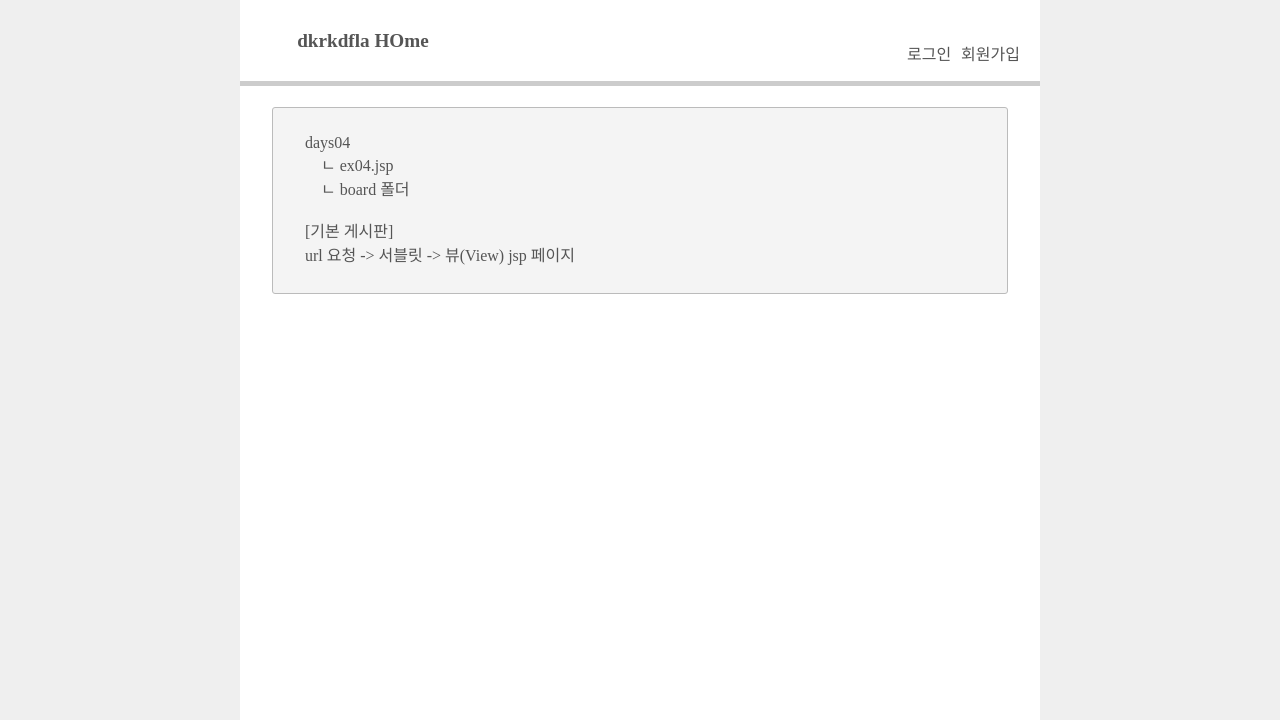
Repository: Dusajang/JSPClass
Page: http://localhost/jspPro/days04/ex04.jsp
The author's editor kept a copy of each file at every save. The page is drawn from the files as they stood at one save, then again after the next save.
The browser window is 1280 px wide. The pictures show the whole page.
Some web fonts or font styles are not loaded; a fallback is used. The page is served by Tomcat 9. Other server files are loaded and not shown.

Above is the page before, as saved 2024-10-18 06:39:49.

### jspPro/src/main/webapp/days04/ex04.jsp
<%@ page contentType="text/html; charset=UTF-8" pageEncoding="UTF-8"%>
<%@ taglib prefix="c" uri="http://java.sun.com/jsp/jstl/core" %>
<!DOCTYPE html>
<html>
<head>
<meta charset="UTF-8">
<title>Insert title here</title>
<link rel="shortcut icon" type="image/x-icon" href="http://localhost/jspPro/images/SiSt.ico">
<script src="https://ajax.googleapis.com/ajax/libs/jquery/3.7.1/jquery.min.js"></script>
<meta name="viewport" content="width=device-width, initial-scale=1.0">
<meta name="google" content="notranslate">
<link rel="stylesheet" href="http://localhost/jspPro/resources/cdn-main/example.css">
<script src="http://localhost/jspPro/resources/cdn-main/example.js"></script>
<style>
 span.material-symbols-outlined{
    vertical-align: text-bottom;
 }
</style>
</head>
<body>
<header>
  <h1 class="main"><a href="#" style="position: absolute;top:30px;">dkrkdfla HOme</a></h1>
  <ul>
    <li><a href="#">로그인</a></li>
    <li><a href="#">회원가입</a></li>
  </ul>
</header>
<div>
  <xmp class="code">
    days04
    	ㄴ ex04.jsp
    	ㄴ board 폴더

    [기본 게시판]
    url 요청 -> 서블릿 -> 뷰(View) jsp 페이지
  </xmp>
</div>
</body>
</html>

### jspPro/src/main/webapp/resources/cdn-main/example.css
@charset "UTF-8";

@import url('https://fonts.googleapis.com/css2?family=Material+Symbols+Outlined:opsz,wght,FILL,GRAD@20..48,100..700,0..1,-50..200');

@font-face {
    font-family: 'GmarketSansMedium';
    src: url('https://cdn.jsdelivr.net/gh/projectnoonnu/noonfonts_2001@1.1/GmarketSansMedium.woff') format('woff');
    font-weight: normal;
    font-style: normal;
}

:root {
	--text-color: #555;
	--sub-text-color: #777;
	--back-color: #EFEFEF;
	--header-color: #444;
	--primary-color: #DEDEDE;
	--secondary-color: #EFEFEF;
	--default-width: 800px;
	--narrow-width: 500px;
	--wide-width: 1200px;
	--text-font: 'GmarketSansMedium';
	--icon-font: 'Material Symbols Outlined';
	--border-color: #CCC;
}

html, body {
	margin: 0;
	padding: 0;
}

html {
	background-color: var(--back-color);
	display: flex;
	justify-content: center;
	min-height: 100vh;
}

body, body.default {
	width: var(--default-width);
	background-color: white;
	padding-bottom: 120px;
}

body.wide {
	width: var(--wide-width);
}

body.narrow {
	width: var(--narrow-width);
}



body, p, div, span, a, input, select, option, textarea, button, table, th, td, label, fieldset, legend {
	font-family: var(--text-font);
	color: var(--text-color);
}

h1, h2, h3 {
	font-family: var(--text-font);
	color: var(--header-color);
	padding: 0 1rem;
	padding-top: .5rem;
}

div > h1, div > h2, div > h3 {
	padding: 0;
}

body > div, body > main > div {
	padding: 0.3rem 1rem;
}


h1 { font-size: 2rem; border-bottom: 1px solid var(--border-color); }
h1 small { font-size: 1.2rem; color: var(--sub-text-color); }
h2 { font-size: 1.5rem; border-bottom: 1px dashed var(--border-color); }
h2 small { font-size: 1.1rem; color: --sub-text-color; }
h3 { font-size: 1.2rem; }
h3 small { font-size: 1rem; color: --sub-text-color; }



h1.main::before {
	font-family: var(--icon-font);
  	content: '\e666';
  	margin-right: 10px;
  	float: left;
	font-size: 2.5rem;
}

h1.sub::before {
	font-family: var(--icon-font);
  	content: '\ea19';
  	margin-right: 10px;
  	float: left;
	font-size: 2.5rem;
}


h1.page::before {
	font-family: var(--icon-font);
  	content: '\e0e0';
  	margin-right: 10px;
  	float: left;
	font-size: 2.5rem;
}

body > header > ul > li > .active{
	background-color: #FFF;
	color:#F00;
}

body > header {
	display: flex;
	justify-content: space-between;
	border-bottom: 5px solid var(--border-color);
	min-height: 74px;
	background-color: #FFF;
}

body > header.sticky {
	position: sticky;
	top: 0;
	z-index: 98;
}

body > header > h1 {
	font-size: 1.2rem;
	border: 0;
}

body > header.in > h1::before {
	font-family: var(--icon-font);
  	content: '\e332‥';
  	margin-right: 3px;
  	float: left;
	font-size: 2rem;
}


body > header > ul {
	list-style-type: none;
	display: flex;
	align-items: flex-end;
	margin-right: 10px;
}

body > header > ul > li {
	margin-right: 10px;
	cursor: pointer;
}

body > header > ul > li > a {
	cursor: pointer;
}


form {
	display: block;
}

form > div {
	padding: 0.3rem 1rem;
}

div > form > div {
	padding: 0.3rem 0;
}

input, textarea, button, select {
	border: 1px solid #BBB;
	border-radius: 3px;
	outline: none;
	resize: none;
	padding: 7px;
	margin: 0;
}

input[type=text]:read-only, textarea:read-only {
	cursor: not-allowed;
	background-color: #FFF;
}

input[type=text]:disabled, textarea:disabled {
	cursor: not-allowed;
	background-color: #EEE;
}

input[type=text], input[type=password], textarea, button, select {
	/* width: 300px; */
}

textarea {
	display: block;
	height: 100px;
}

input[type=button], input[type=submit], button {
	/* width: inherit; */
}

input.short, textarea.short, button.short, select.short {
	width: 100px;
}

input.long, textarea.long, button.long, select.long {
	width: 350px;
}

.narrow input.long, .narrow textarea.long, .narrow button.long, .narrow select.long {
	width: calc(100% - 20px);
}

input.full, textarea.full, button.full, select.full {
	width: calc(100% - 20px);
}

textarea.short {
	height: 50px;
}

textarea.long {
	height: 100px;
}

textarea.full {
	height: 200px;
}

input, textarea {
	padding-top: 8px;
}

input[type=button], input[type=submit], button {
	padding: 5px 10px;
	background-color: var(--secondary-color);
	cursor: pointer;
	min-height: 36px;
}

input[type=button].primary, input[type=submit].primary, button.primary {
	/* background-color: rgba(100, 149, 237, .2); */
	background-color: var(--primary-color);
}

input[type=button].primary:hover, input[type=submit].primary:hover, button.primary:hover {
	/* background-color: rgba(100, 149, 237, .3); */
	background-color: var(--secondary-color);
}

input[type=button]:hover, input[type=submit]:hover, button:hover {
	background-color: var(--primary-color);
}

button {
	position: relative;
	left: 0;
	top: 0;
	padding-left: 35px;
}

button .material-symbols-outlined {
	position: absolute;
	left: 10px;
	top: 4px;
}

/* k2nik add */
button.login::before {
	font-family: var(--icon-font);
  	content: '\ea77';
	position: absolute;
	left: 11px;
	top: 4px;
	font-size: 1.25rem;
}

/* k2nik logout */
button.logout::before {
	font-family: var(--icon-font);
  	content: '\e9ba';
	position: absolute;
	left: 11px;
	top: 4px;
	font-size: 1.25rem;
}

/* k2nik help */
button.help::before {
	font-family: var(--icon-font);
  	content: '\f1c0';
	position: absolute;
	left: 11px;
	top: 4px;
	font-size: 1.25rem;
}

button.add::before{
	font-family: var(--icon-font);
  	content: '\e746';
	position: absolute;
	left: 11px;
	top: 4px;
	font-size: 1.25rem;
}

button.back::before {
	font-family: var(--icon-font);
  	content: '\e166';
	position: absolute;
	left: 11px;
	top: 4px;
	font-size: 1.25rem;
}

button.list::before {
	font-family: var(--icon-font);
  	content: '\e0ee';
	position: absolute;
	left: 11px;
	top: 4px;
	font-size: 1.25rem;
}


button.del::before {
	font-family: var(--icon-font);
  	content: '\e872';
	position: absolute;
	left: 11px;
	top: 4px;
	font-size: 1.25rem;
}


button.edit::before {
	font-family: var(--icon-font);
  	content: '\e745';
	position: absolute;
	left: 11px;
	top: 4px;
	font-size: 1.25rem;
}


button.login::before {
	font-family: var(--icon-font);
  	content: '\ea77';
	position: absolute;
	left: 11px;
	top: 4px;
	font-size: 1.25rem;
}


button.logout::before {
	font-family: var(--icon-font);
  	content: '\e9ba';
	position: absolute;
	left: 11px;
	top: 4px;
	font-size: 1.25rem;
}


button.in::before {
	font-family: var(--icon-font);
  	content: '\f71a';
	position: absolute;
	left: 11px;
	top: 4px;
	font-size: 1.25rem;
}


button.out::before {
	font-family: var(--icon-font);
  	content: '\f70e';
	position: absolute;
	left: 11px;
	top: 4px;
	font-size: 1.25rem;
}


button.reply::before {
	font-family: var(--icon-font);
  	content: '\e15e';
	position: absolute;
	left: 11px;
	top: 4px;
	font-size: 1.25rem;
}


button.comment::before {
	font-family: var(--icon-font);
  	content: '\e0b9';
	position: absolute;
	left: 11px;
	top: 4px;
	font-size: 1.25rem;
}


button.modal::before {
	font-family: var(--icon-font);
  	content: '\e89e';
	position: absolute;
	left: 11px;
	top: 4px;
	font-size: 1.25rem;
}


button.ok::before {
	font-family: var(--icon-font);
  	content: '\e86c';
	position: absolute;
	left: 11px;
	top: 4px;
	font-size: 1.25rem;
}


button.cancel::before {
	font-family: var(--icon-font);
  	content: '\e5c9';
	position: absolute;
	left: 11px;
	top: 4px;
	font-size: 1.25rem;
}

button.search::before {
	font-family: var(--icon-font);
  	content: '\e8b6';
	position: absolute;
	left: 11px;
	top: 4px;
	font-size: 1.25rem;
}

button.home::before {
	font-family: var(--icon-font);
  	content: '\e88a';
	position: absolute;
	left: 11px;
	top: 4px;
	font-size: 1.25rem;
}


button.sidebar::before {
	font-family: var(--icon-font);
  	content: '\f7e4';
	position: absolute;
	left: 11px;
	top: 4px;
	font-size: 1.25rem;
}


button.sidebar-right::before {
	font-family: var(--icon-font);
  	content: '\f7e5';
	position: absolute;
	left: 11px;
	top: 4px;
	font-size: 1.25rem;
}




button::before {
	font-family: var(--icon-font);
  	content: '\e323';
	position: absolute;
	left: 11px;
	top: 4px;
	font-size: 1.25rem;
}


table {
	border-collapse: collapse;
	margin: 1rem;
	box-sizing: border-box;
	width: calc(100% - 32px);
}

table.content {
	width: auto;
}

div > table {
	margin: 0;
}

table th, table td {
	border: 1px solid var(--border-color);
	padding: 7px;
	font-weight: normal;
}

table th {
	background-color: var(--back-color);
}

table.vertical th {
	width: 150px;
}

table.vertical td {
	width: calc(100% - 182px);
	padding-left: 10px;
}

table.content td, table.content th {
	width: auto;
}

body.narrow table.vertical th {
	width: 100px;
}

body.narrow table.vertical td {
	width: calc(100% - 182px);
}


table + table {
	margin-top: 30px;
}


p {
	padding: 0 1rem;
}

a {
	text-decoration: none;
}

a:hover {
	color: rgba(255, 99, 71, .7);
}

hr {
	border: 0;
	border-top: 1px solid var(--border-color);
	margin: 2rem 0;
}

.message {
	border: 1px solid var(--border-color);
	background-color: #EFEFEF;
	margin: 1rem;
	width: auto;
	padding-top: 10px;
	padding-bottom: 10px;
	font-size: 14px;
}

.message[title]::before {
	content: attr(title);
	display: block;
	border-bottom: 1px solid var(--border-color);
	padding-bottom: 5px;
	margin-bottom: 10px;
	margin-top: 7px;
}

.message.short {
	max-width: 250px;
}

.message.long {
	max-width: 500px;
}

.badge {
	float: right;
	font-size: .8rem;
	margin-top: 2px;
	margin-right: 2px;
	text-shadow: 0 0 7px gray;
}

.badge.left {
	float: none;
	margin-left: 2px;
}

.badge.right {
	float: right;
}

.badge.red {
	border-radius: 50%;
	padding: 2px 5px;
	background-color: rgb(255, 99, 71, .3);
}

.badge.yellow {

	border-radius: 50%;
	padding: 2px 5px;
	background-color: rgb(255, 215, 0, .5);
}

.badge.blue {
	border-radius: 50%;
	padding: 2px 5px;
	background-color: rgb(100, 149, 237, .3);
}

label + label {
	margin-left: 7px;
}

label input[type=checkbox], label input[type=radio] {
	transform: translate(0, 1px);
}

.group {
	display: flex;
}

.modal-content .group {
	margin-bottom: .5rem;
}

.group label {
	border: 1px solid #BBB;
	border-radius: 3px;
	outline: none;
	resize: none;
	padding: 7px 14px;
	margin: 0;
	border-top-right-radius: 0;
	border-bottom-right-radius: 0;
	background-color: #EFEFEF;
	white-space: nowrap;
	font-size: 14px;
}

.group input[type=text] {
	margin-left: -1px;
	border-top-left-radius: 0;
	border-bottom-left-radius: 0;
}

.group select {
	margin-left: -1px;
	border-top-left-radius: 0;
	border-bottom-left-radius: 0;
}

.group input.full[type=text] {
	margin-left: -1px;
	border-top-left-radius: 0;
	border-bottom-left-radius: 0;
	width: 100%;
}

.group input[type=button]:first-child, .group button:first-child {
	border-top-left-radius: 3px;
	border-bottom-left-radius: 3px;
	margin-left: 0px;
}

.group input[type=button], .group button {
	border-radius: 0;
	margin-left: -1px;
}

.group input[type=button]:last-child, .group button:last-child {
	margin-left: -1px;
	border-top-right-radius: 3px;
	border-bottom-right-radius: 3px;
}

.seperate {
	display: flex;
	justify-content: space-between;
}

div.list {
	width: max-content;
	margin: 1rem;
	border: 1px solid #BBB;
	border-radius: 3px;
	padding: 0;
}

div.list.full {
	width: auto;
	display: block;
	margin: 1rem;
	border: 1px solid #BBB;
	border-radius: 3px;
	padding: 0;
}

div.list > div {
	padding: .5rem 1rem;
	margin: 0;
	border-bottom: 1px solid #BBB;
}

div.list > div:last-child {
	border-bottom: 0;
}

pre.code , xmp.code{
	font-family: consols;
	background-color: rgba(150, 150, 150, .1);
	border: 1px solid #BBB;
	border-radius: 3px;
	padding: .5rem 1rem;
	padding-bottom: .6rem;
	margin: 1rem;
}




*[data-modal-window] {
	position: fixed;
	background-color: rgba(0, 0, 0, .3);
	left: 0;
	top: 0;
	display: none;
	justify-content: center;
	align-items: flex-start;
	width: 100%;
	min-height: 100vh;
	z-index: 100;
	opacity: 0;
	transition: 500ms all;
}

*[data-modal-window] .modal-container {
	border-radius: 5px;
	padding: 1rem;
	padding-bottom: .5rem;
	margin-top: -500px;
	opacity: 0;
	width: 500px;
	background-color: #FFF;
	margin-right: 2rem;
	transition: 500ms all;
}

*[data-modal-size=content] .modal-container {
	width: auto;
}

*[data-modal-size=narrow] .modal-container {
	width: 300px;
}

*[data-modal-size=wide] .modal-container {
	width: 760px;
}


*[data-modal-window] .modal-header {
	border-bottom: 1px solid var(--border-color);
	padding: 2px 5px;
}

*[data-modal-window] .modal-content {
	padding: 1rem 5px;
}

*[data-modal-window] .modal-content div:last-child {
	margin-top: 1rem;
	text-align: right;
}



*[data-sidebar-window] {
	position: fixed;
	background-color: #FFF;
	left: 0;
	top: 0;
	display: block;
	width: 300px;
	border-right: 1px solid var(--border-color);
	box-sizing: border-box;
	box-shadow: 0 0 3px var(--back-color);
	min-height: 100vh;
	z-index: 99;
	transform: translate(-300px, 0);
	transition-duration: 500ms;
	transition-property: transform;
}

*[data-sidebar-direction=right] {
	left: auto;
	right: 0;
	transform: translate(300px, 0);
	border-left: 1px solid var(--border-color);
}

*[data-sidebar-size=wide] {
	width: 500px;
	transform: translate(-500px, 0);
}

*[data-sidebar-window] .sidebar-title {
	border-bottom: 1px solid var(--border-color);
	margin-top: 20px;
	margin-bottom: 20px;
	padding-bottom: 5px;
	display: flex;
	justify-content: space-between;
}

*[data-sidebar-window] .sidebar-title span:last-child {
	cursor: pointer;
}


/* K2Nik pagination */
.center {
  text-align: center;
}

.pagination {
  display: inline-block;
}

.pagination a {
  color: black;
  float: left;
  padding: 3px 6px;
  text-decoration: none;
  transition: background-color .3s;
  border: 1px solid #ddd;
  margin: 0 3px;
}

.pagination a.active {
  background-color: #4CAF50;
  color: white;
  border: 1px solid #4CAF50;
}

.pagination a:hover:not(.active) {background-color: #ddd;}

### jspPro/src/main/webapp/resources/cdn-main/example.js

window.onload = () => {

    const list = document.querySelectorAll('input, textarea');

    list.forEach(item => {
        item.setAttribute('autocomplete', 'off');
    });


    const modal_btn_list = document.querySelectorAll('*[data-modal-button]');

    modal_btn_list.forEach(item => {
        item.onclick = function() {

            const name = this.dataset['modalButton'];
            const modal_window = document.querySelector('*[data-modal-window=' + name);

            const container = document.createElement('div');
            container.className = 'modal-container';



            const modal_header = document.createElement('div');
            modal_header.textContent = modal_window.dataset['modalTitle'];
            modal_header.className = 'modal-header';
            container.appendChild(modal_header);

            const modal_content = document.createElement('div');
            modal_content.className = 'modal-content';
            container.appendChild(modal_content);

            Array.from(modal_window.childNodes).forEach(item => {
                modal_content.appendChild(item);
            });

            modal_window.appendChild(container);

            modal_window.style.display = 'flex';

            setTimeout(() => {
                modal_window.style.opacity = 1;
                container.style.marginTop = '20px';
                container.style.opacity = 1;
            }, 50);


            const modal_ok = document.querySelector('*[data-modal-ok=' + name);
            modal_ok.addEventListener('click', function() {
                modal_window.style.opacity = 0;
                container.style.marginTop = '-500px';
                container.style.opacity = 0;

                setTimeout(() => {
                    modal_window.innerHTML = modal_content.innerHTML;
                    modal_window.style.display = 'none';
                }, 500);

            });

            const modal_cancel = document.querySelector('*[data-modal-cancel=' + name);
            modal_cancel.addEventListener('click', function() {

                modal_window.style.opacity = 0;
                container.style.marginTop = '-500px';
                container.style.opacity = 0;

                setTimeout(() => {
                    modal_window.innerHTML = modal_content.innerHTML;
                    modal_window.style.display = 'none';
                }, 500);
            });


        };
    });


    const sidebar_btn_list = document.querySelectorAll('*[data-sidebar-button]');

    sidebar_btn_list.forEach(item => {
        item.onclick = function() {



            const name = this.dataset['sidebarButton'];
            const sidebar_window = document.querySelector('*[data-sidebar-window=' + name);

            if (sidebar_window.style.transform == 'translate(0px, 0px)') return;



            sidebar_window.style.transform = 'translate(0, 0)';

            const sidebar_title = document.createElement('div');
            sidebar_title.className = 'sidebar-title';
            sidebar_title.innerHTML = '<span>' + sidebar_window.dataset['sidebarTitle'] + '</span><span class="material-symbols-outlined">close</span>';

            sidebar_title.children[1].onclick = function() {

                let sign = 1;
                let distance = 300;

                if (sidebar_window.dataset['sidebarDirection'] != 'right') {
                    sign = -1;
                } else {
                    sign = 1;
                }

                if (sidebar_window.dataset['sidebarSize'] != 'wide') {
                    distance = 300;
                } else {
                    distance = 500;
                }

                distance *= sign;

                sidebar_window.style.transform = 'translate(' + distance + 'px, 0)';

                setTimeout(function() {
                    sidebar_window.removeChild(sidebar_window.children[0]);
                }, 500);
            };


            sidebar_window.prepend(sidebar_title);

        }
    });

};

// window.onkeydown = function(event) {

//     if (event.keyCode == 27) {
//         if (document.querySelector('[data-modal-window').style.display == 'flex') {
//             document.querySelector('[data-modal-window').style.display = 'none';
//         }
//     }

// };

After the next save:
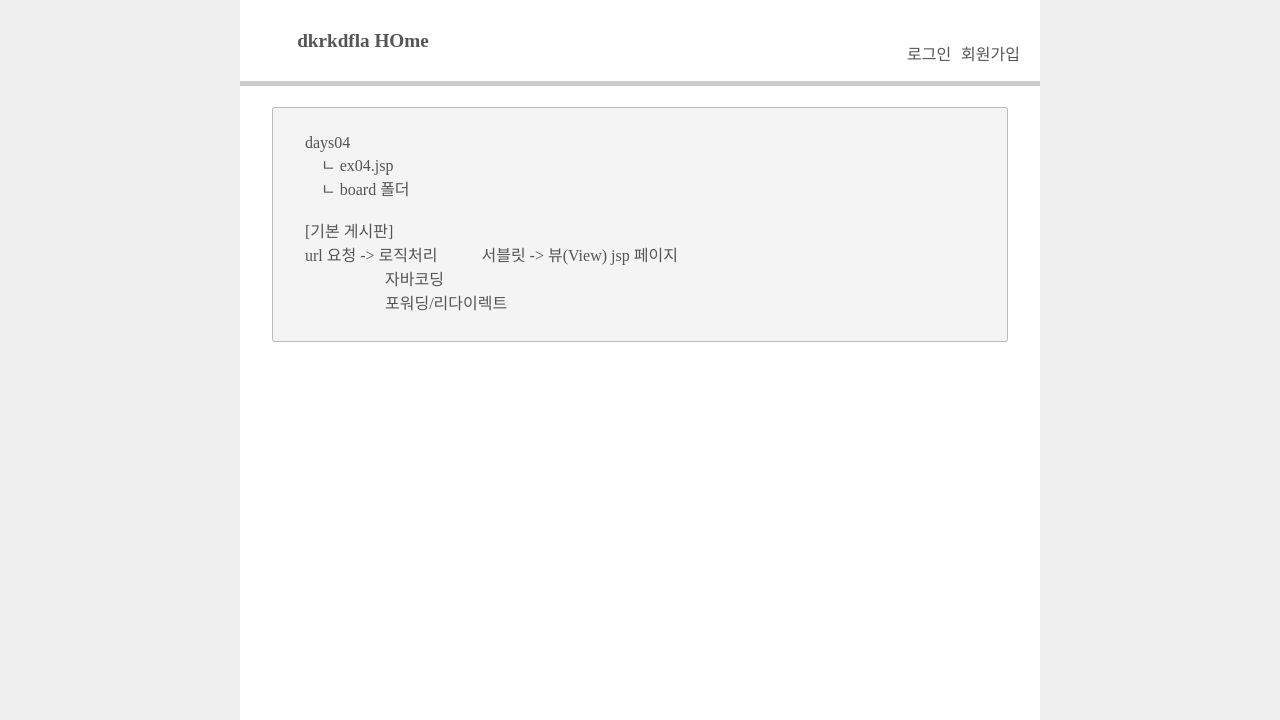
Saved 38 s later.
--- a/jspPro/src/main/webapp/days04/ex04.jsp
+++ b/jspPro/src/main/webapp/days04/ex04.jsp
@@ -32,7 +32,9 @@
     	ㄴ board 폴더
 
     [기본 게시판]
-    url 요청 -> 서블릿 -> 뷰(View) jsp 페이지
+    url 요청 -> 로직처리           서블릿 -> 뷰(View) jsp 페이지
+    			자바코딩
+    			포워딩/리다이렉트
   </xmp>
 </div>
 </body>
